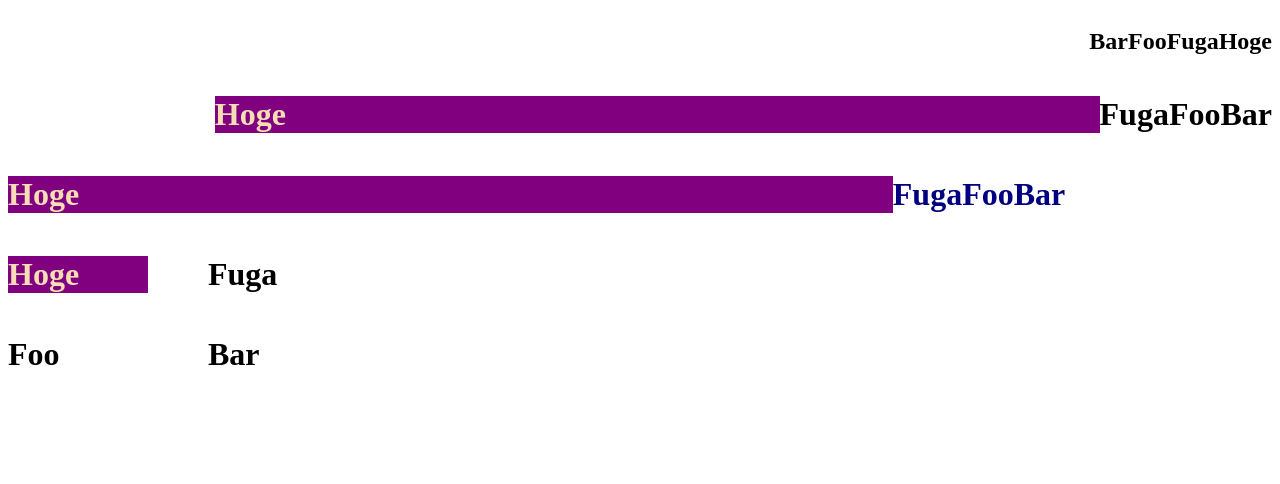
Repository: oubuzenmei/samurai_HTML-CSS
Page: index/images/hoge.html
The author's editor kept a record of every edit. The page is drawn from the files as they stood at one moment, then again after the next edit.
The browser window is 1280 px wide. The pictures show the whole page.

Above is the page before.

### index/images/hoge.html
<!DOCTYPE html>
<html lang="ja">
    <head>
        <style>
            h1:first-of-type {
                background-color: purple;
                color: wheat;
                width: 70%;
            }

            #flex-flow {
                display: flex;
                flex-flow: row-reverse wrap;
            }

            #flex-end {
                display: flex;
                justify-content: flex-end;
            }

            #stretch {
                display: flex;
                align-content: stretch;
                color: navy;
            }

            #grid {
                display: grid;
                grid-template-columns: 200px 200px;
            }
        </style>
    </head>
    <body>
        <div id="flex-flow">
            <h2>Hoge</h2>
            <h2>Fuga</h2>
            <h2>Foo</h2>
            <h2>Bar</h2>
        </div>

        <div id="flex-end">
            <h1>Hoge</h1>
            <h1>Fuga</h1>
            <h1>Foo</h1>
            <h1>Bar</h1>
        </div>

        <div id="stretch">
            <h1>Hoge</h1>
            <h1>Fuga</h1>
            <h1>Foo</h1>
            <h1>Bar</h1>
        </div>

        <div id="grid">
            <h1>Hoge</h1>
            <h1>Fuga</h1>
            <h1>Foo</h1>
            <h1>Bar</h1>
        </div>
    </body>
</html>

After the next edit:
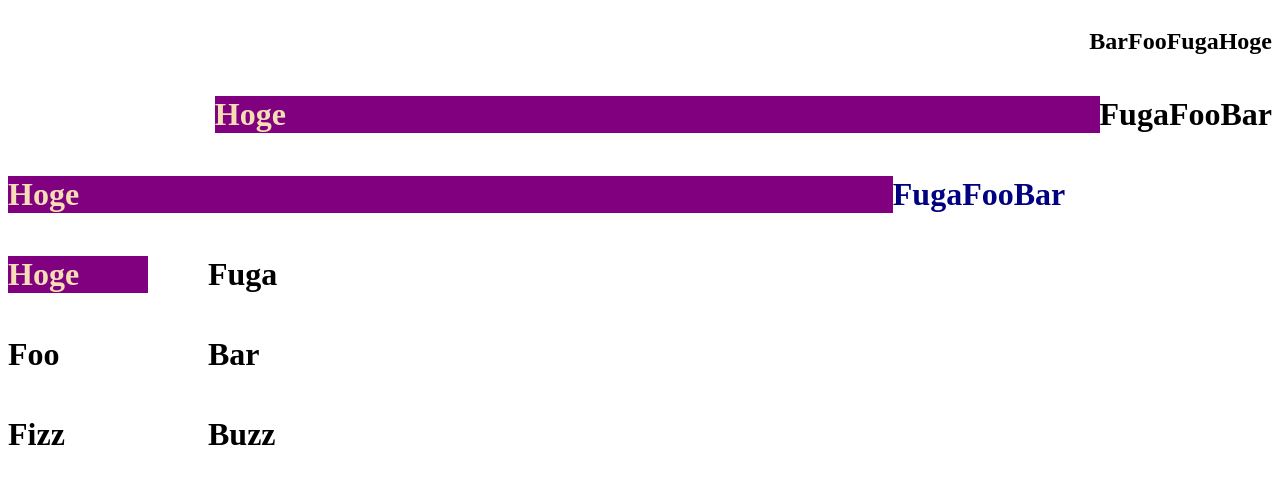
The edit:
--- a/index/images/hoge.html
+++ b/index/images/hoge.html
@@ -57,6 +57,8 @@
             <h1>Fuga</h1>
             <h1>Foo</h1>
             <h1>Bar</h1>
+            <h1>Fizz</h1>
+            <h1>Buzz</h1>
         </div>
     </body>
 </html>
